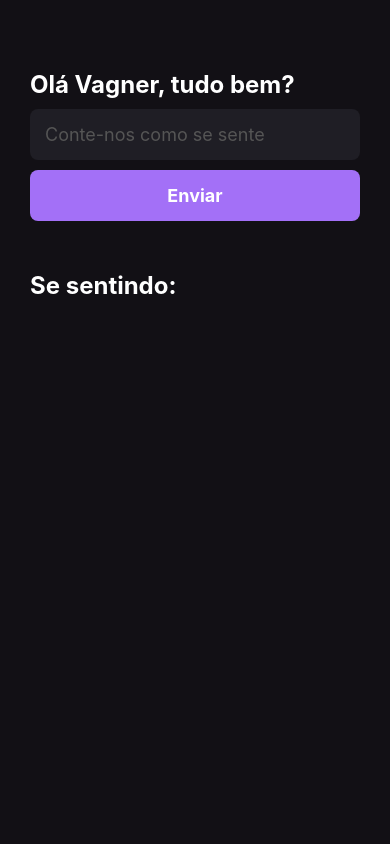
Repository: vagnereix/01-myskills-trilha-react-native
Screen: /
An editor plug-in stored every save of this project. The screen is shown before and after the next save, followed by the edit.
The app was drawn by React Native's web renderer in a window 390 px wide. The project was rebuilt for these pictures with package versions that can differ from the ones it lists, and the page was loaded fresh each time.

Above is the screen before, as saved 2021-06-17 17:56:54.

After the next save:
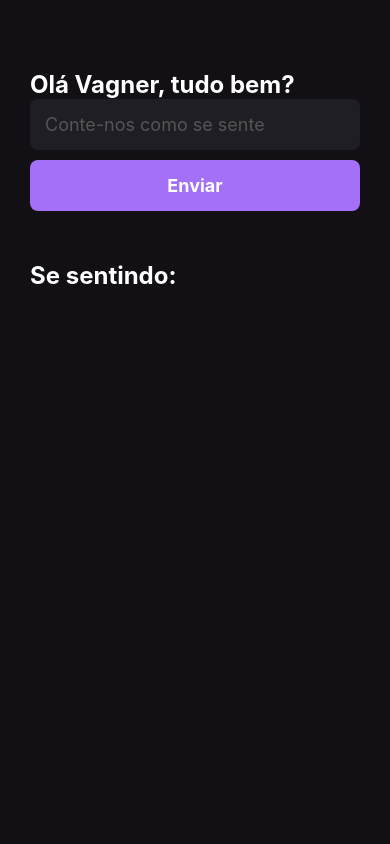
Saved 20 s later.
--- a/pages/home.tsx
+++ b/pages/home.tsx
@@ -50,8 +50,7 @@
   title: {
     color: '#fff',
     fontWeight: 'bold',
-    fontSize: 24,
-    marginBottom: 10,
+    fontSize: 24
   },
   input: {
     borderRadius: 8,

After the save that followed:
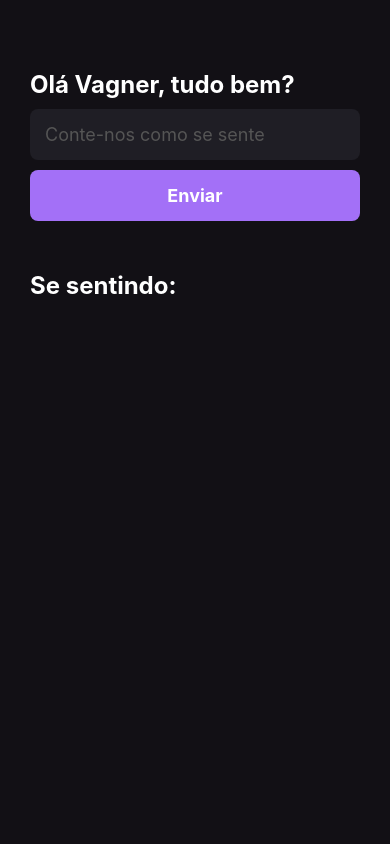
Saved 11 s later.
--- a/pages/home.tsx
+++ b/pages/home.tsx
@@ -53,6 +53,7 @@
     fontSize: 24
   },
   input: {
+    marginTop: 10,
     borderRadius: 8,
     backgroundColor: '#1f1e25',
     fontSize: 18,
